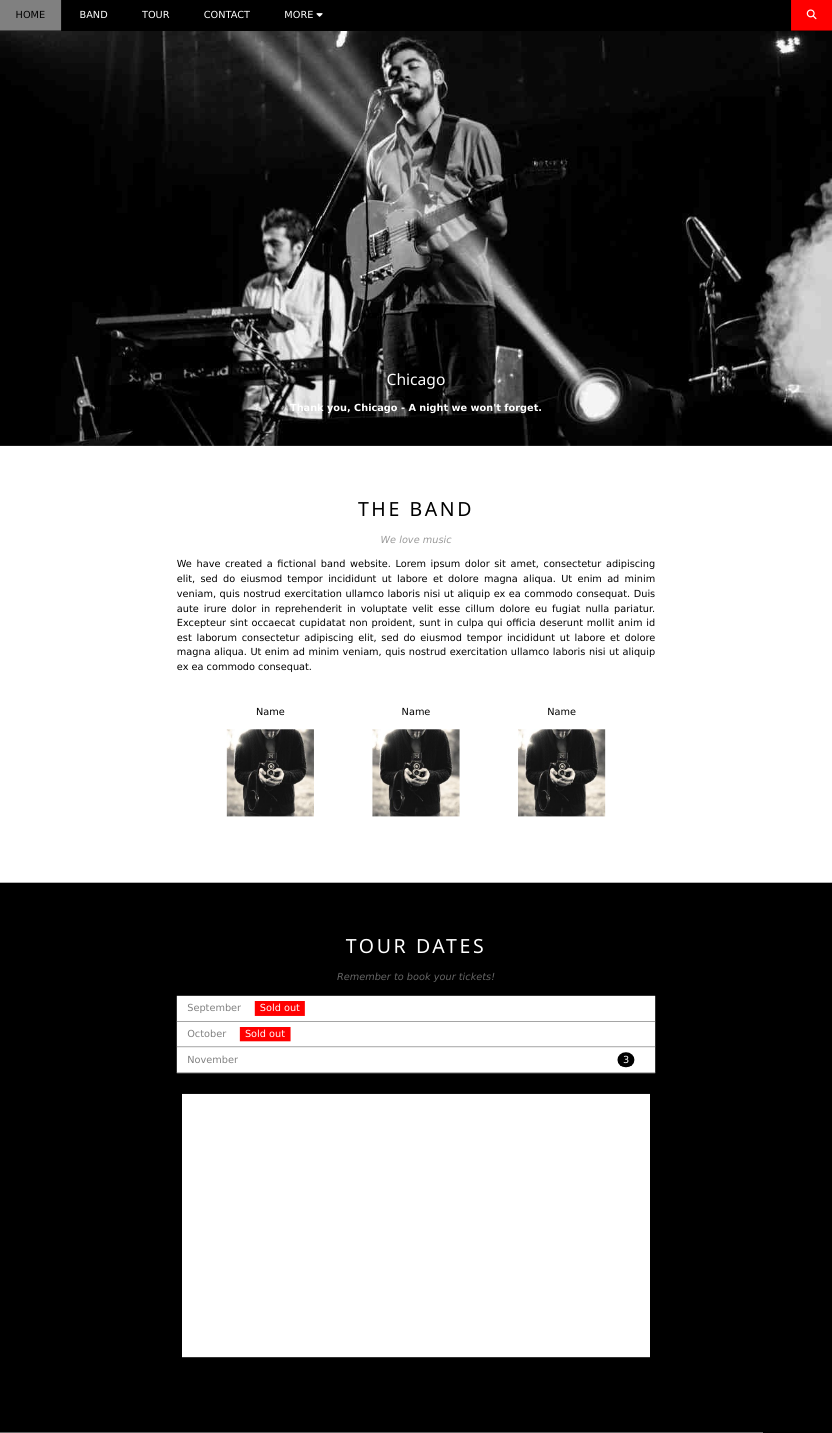
Repository: ngotranphuongbao/theband
Page: index.html
An editor plug-in stored every save of this project. The page is shown before and after the next save, followed by the edit.
The browser window is 1280 px wide. The pictures show the whole page, at 65% of full size.
Some web libraries are served in a nearby version.

Above is the page before, as saved 2022-12-21 23:44:57.

After the next save:
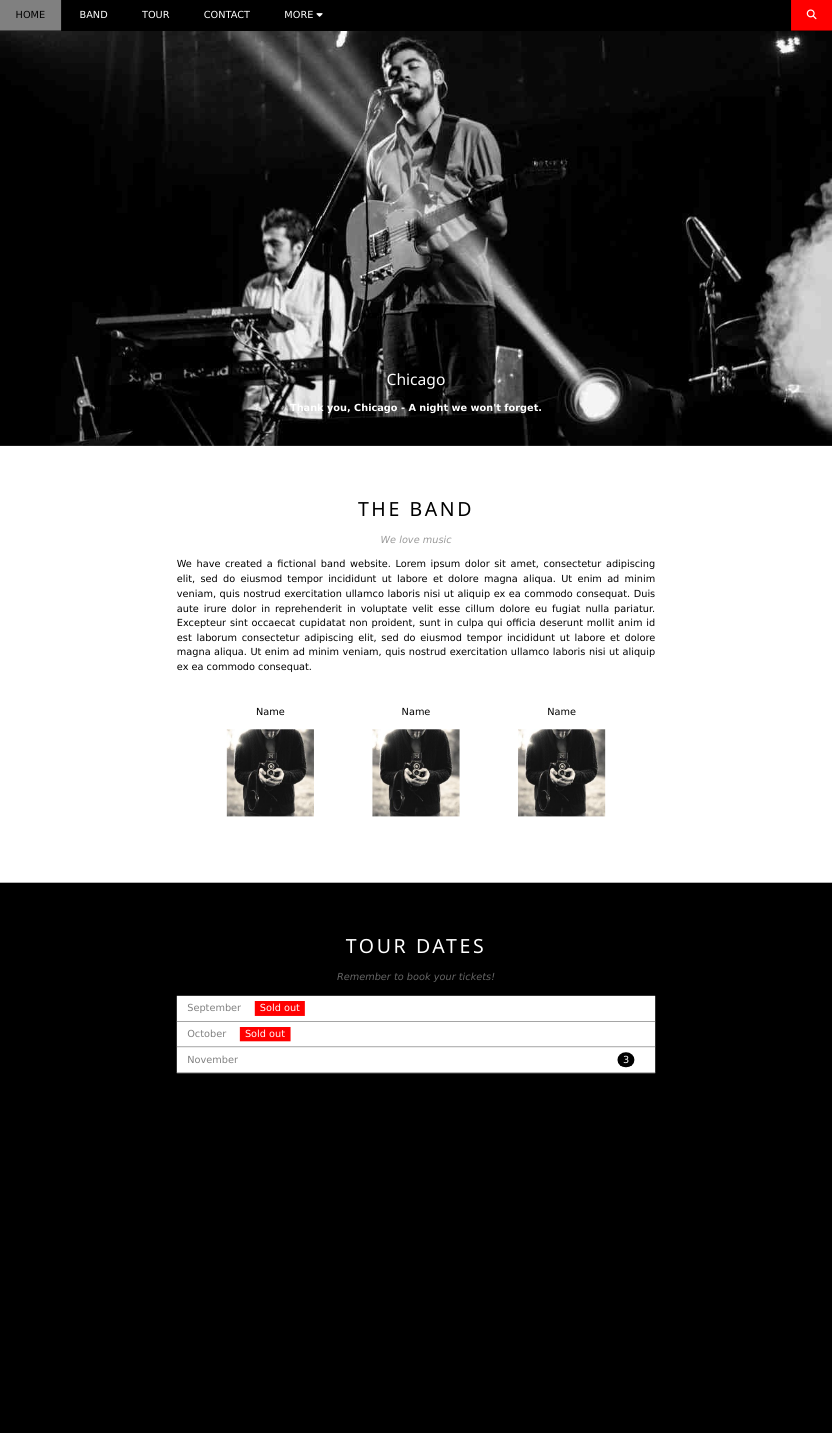
Saved 2 min 59 s later.
--- a/assets/css/style.css
+++ b/assets/css/style.css
@@ -222,8 +222,7 @@ html {
 .location-info {
     display: inline-block;
     float: left;
-    width: calc(100%/3);
-    height: 100%;
+    width: calc(100%/3 - 16px);
     background-color: white;
 }
 #footer {
